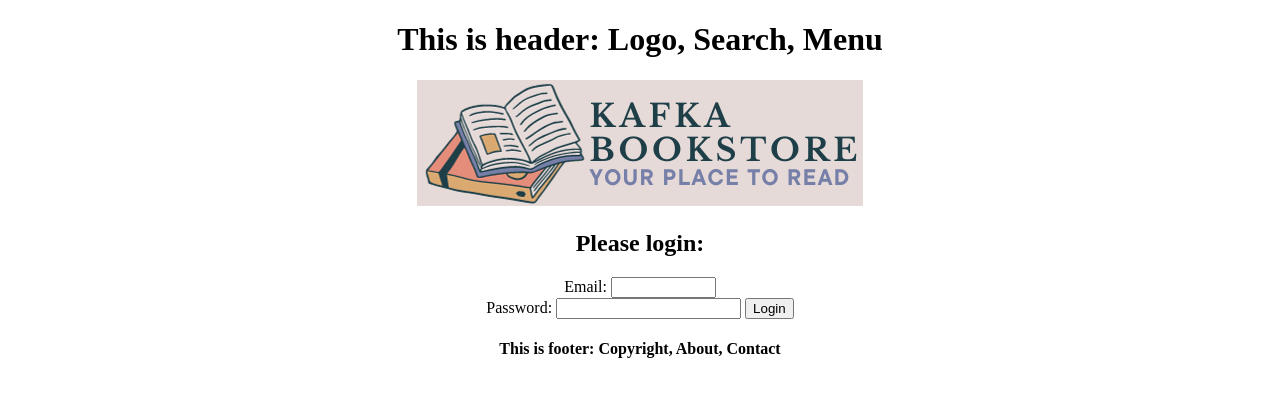
Repository: janvi2502/BookStore
Page: http://localhost/BookStoreWebsite/frontend/login.jsp
The author's editor kept a copy of each file at every save. The page is drawn from the files as they stood at one save, then again after the next save.
The browser window is 1280 px wide. The pictures show the whole page.
The page is served by Tomcat 10. Other server files are loaded and not shown.

Above is the page before, as saved 2023-10-18 18:14:55.

### BookStoreWebsite/WebContent/frontend/login.jsp
<%@ page language="java" contentType="text/html; charset=UTF-8"
    pageEncoding="UTF-8"%>
<!DOCTYPE html>
<html>
<head>
<meta charset="UTF-8">
<title>Login Page</title>
</head>
<body>
	<jsp:directive.include file="header.jsp" />

	<div align="center">
		<h2>Please login:</h2>
		<form action="">
			Email: <input type="text" size="10"><br/>
			Password: <input type="password">
			<input type="submit" value="Login">
		</form>
	</div>

		<jsp:directive.include file="footer.jsp" />
</body>
</html>

### BookStoreWebsite/WebContent/frontend/header.jsp
<div align="center">
		<h1>This is header: Logo, Search, Menu</h1>
		<img src="images/kafka.png" />
</div>

### BookStoreWebsite/WebContent/frontend/footer.jsp
<div align="center">
		<h4>This is footer: Copyright, About, Contact</h4>
</div>

After the next save:
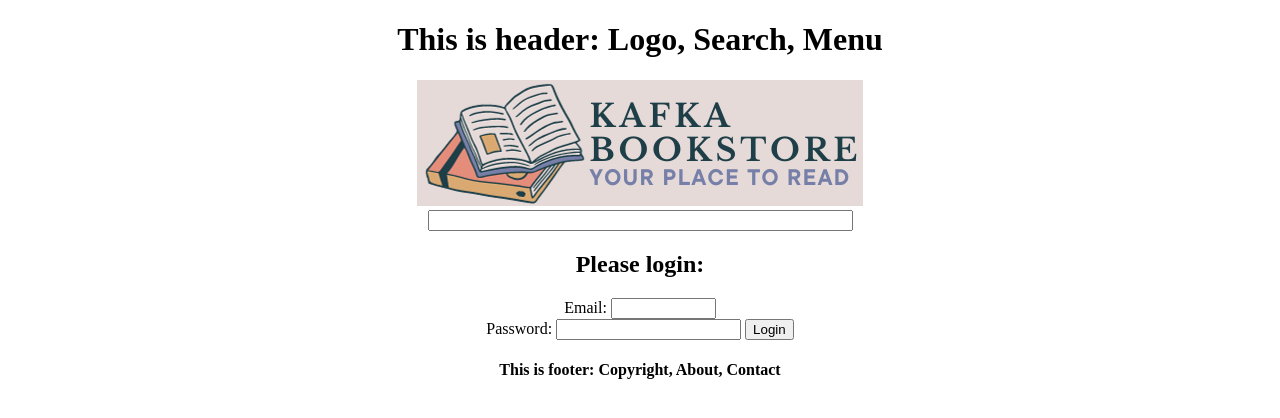
Saved 13 h 59 min later.
--- a/BookStoreWebsite/WebContent/frontend/header.jsp
+++ b/BookStoreWebsite/WebContent/frontend/header.jsp
@@ -1,4 +1,12 @@
 <div align="center">
-		<h1>This is header: Logo, Search, Menu</h1>
+	<h1>This is header: Logo, Search, Menu</h1>
+	<div>
 		<img src="images/kafka.png" />
+	</div>
+
+	<div>
+		<input type="text" name="keyword" size="50">
+	</div>
+
+
 </div>
